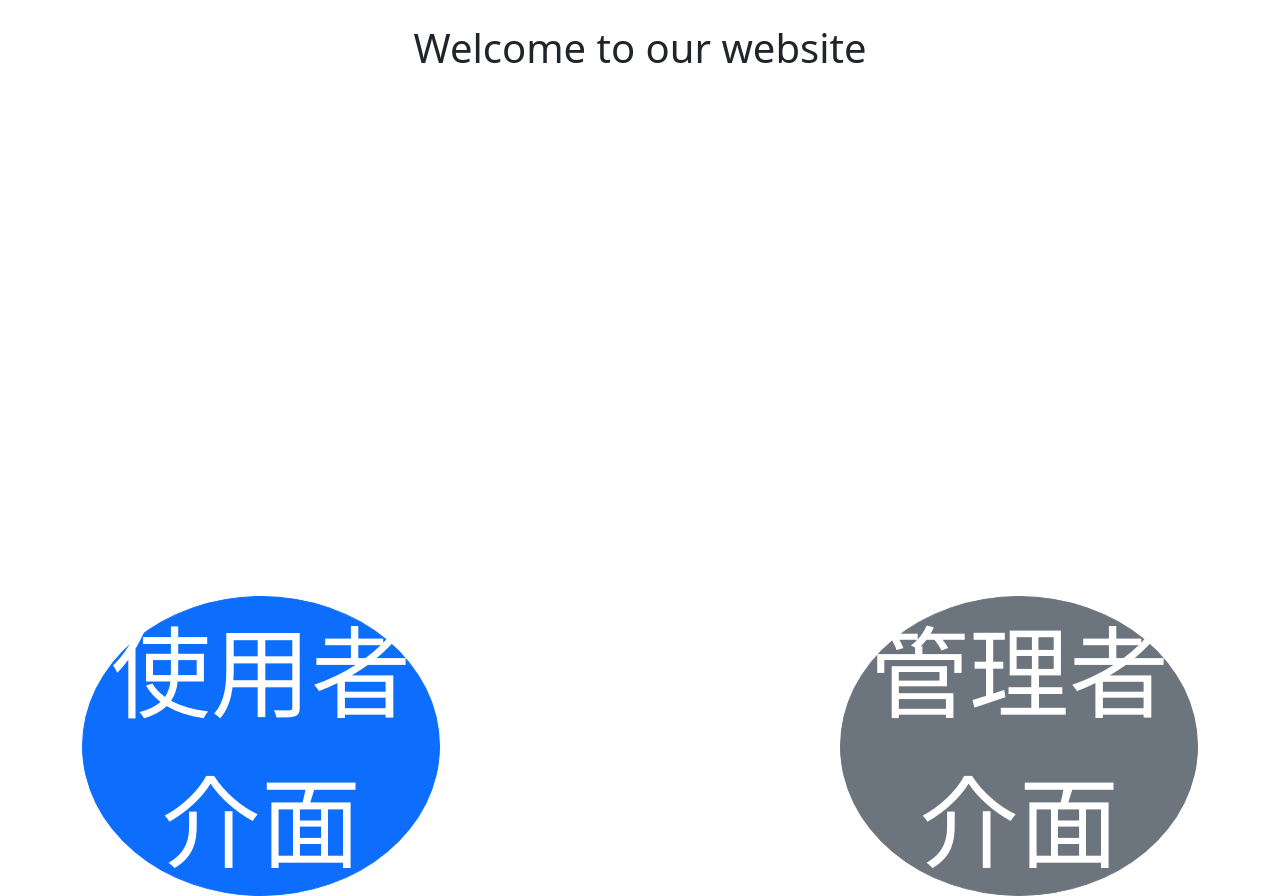
Repository: niwa787/123
Page: beststore/beststore/src/main/resources/static/index.html
An editor plug-in stored every save of this project. The page is shown before and after the next save, followed by the edit.
The browser window is 1280 px wide. The pictures show the whole page.

Above is the page before, as saved 2024-06-15 14:55:55.

After the next save:
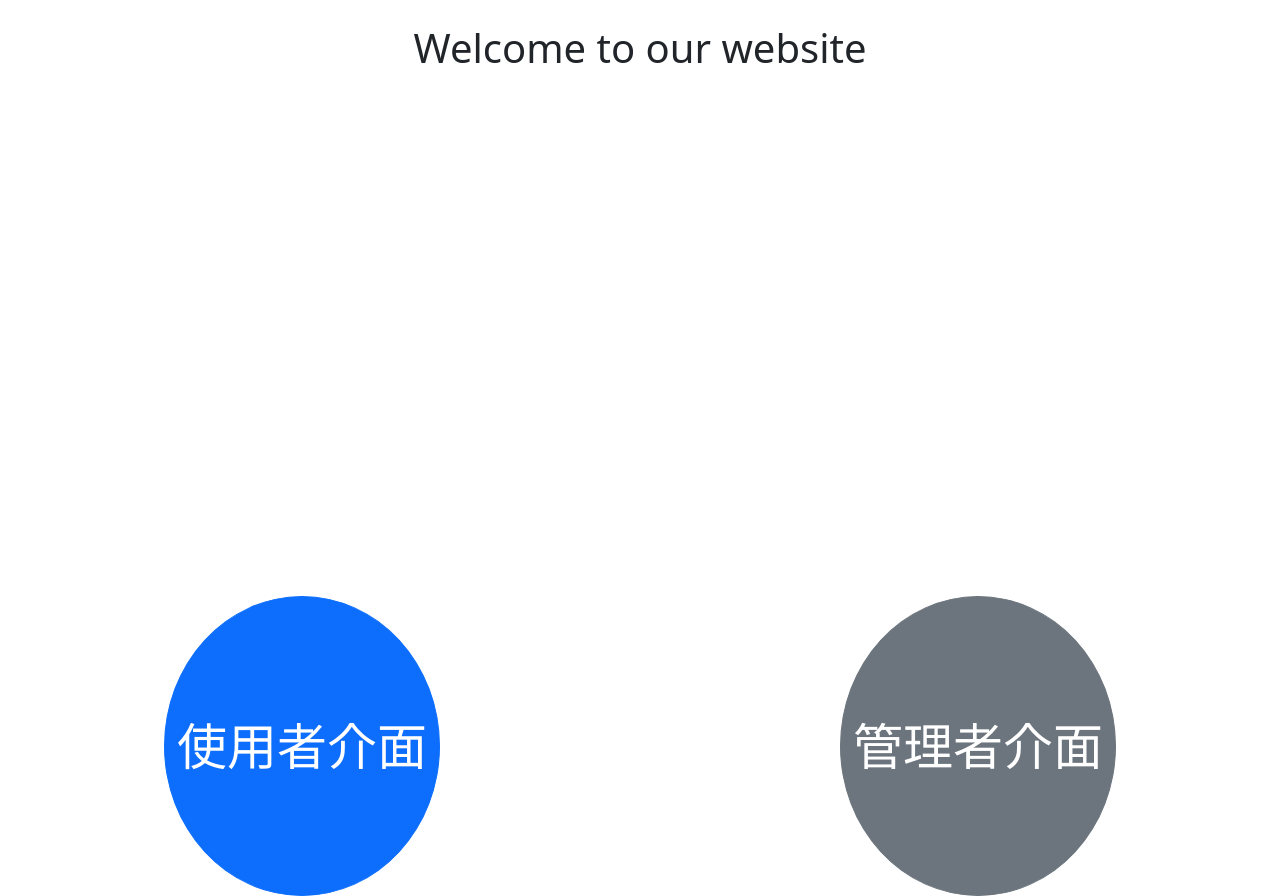
Saved 10 s later.
--- a/beststore/beststore/src/main/resources/static/index.html
+++ b/beststore/beststore/src/main/resources/static/index.html
@@ -11,7 +11,7 @@
         width: 300px;
         height: 300px;
         border-radius: 50%;
-        font-size: 100px;
+        font-size: 50px;
         display: flex;
         align-items: center;
         justify-content: center;
